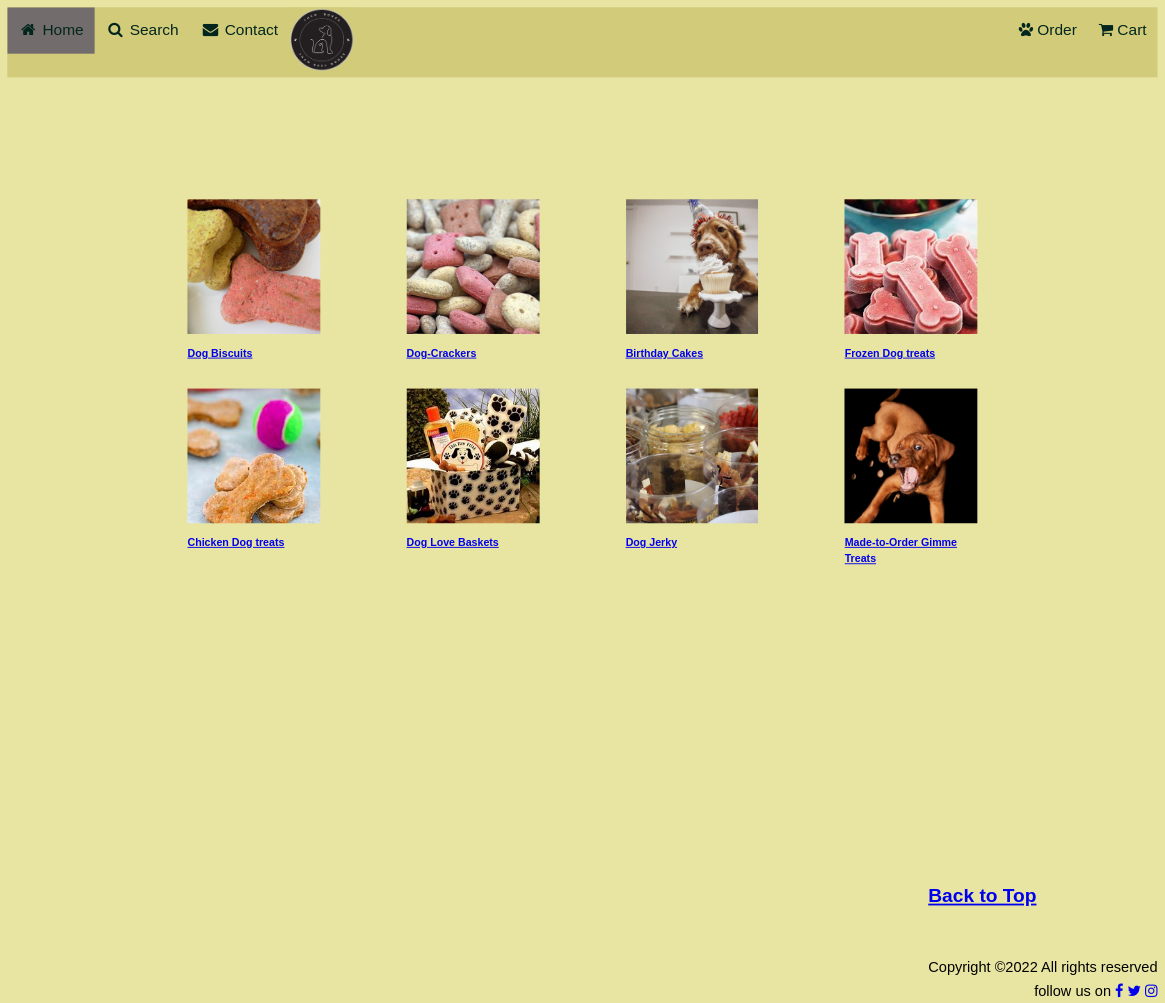
Repository: vgoins-RA2022/HTML-1
Page: index.html
These files come from the project's save history. The page is drawn as it stood at one moment and after a run of saves; the edit follows.
The browser window is 1280 px wide. The pictures show the whole page, at 91% of full size.

Above is the page before, as saved 2023-01-21 19:56:31.

After the next 6 saves:
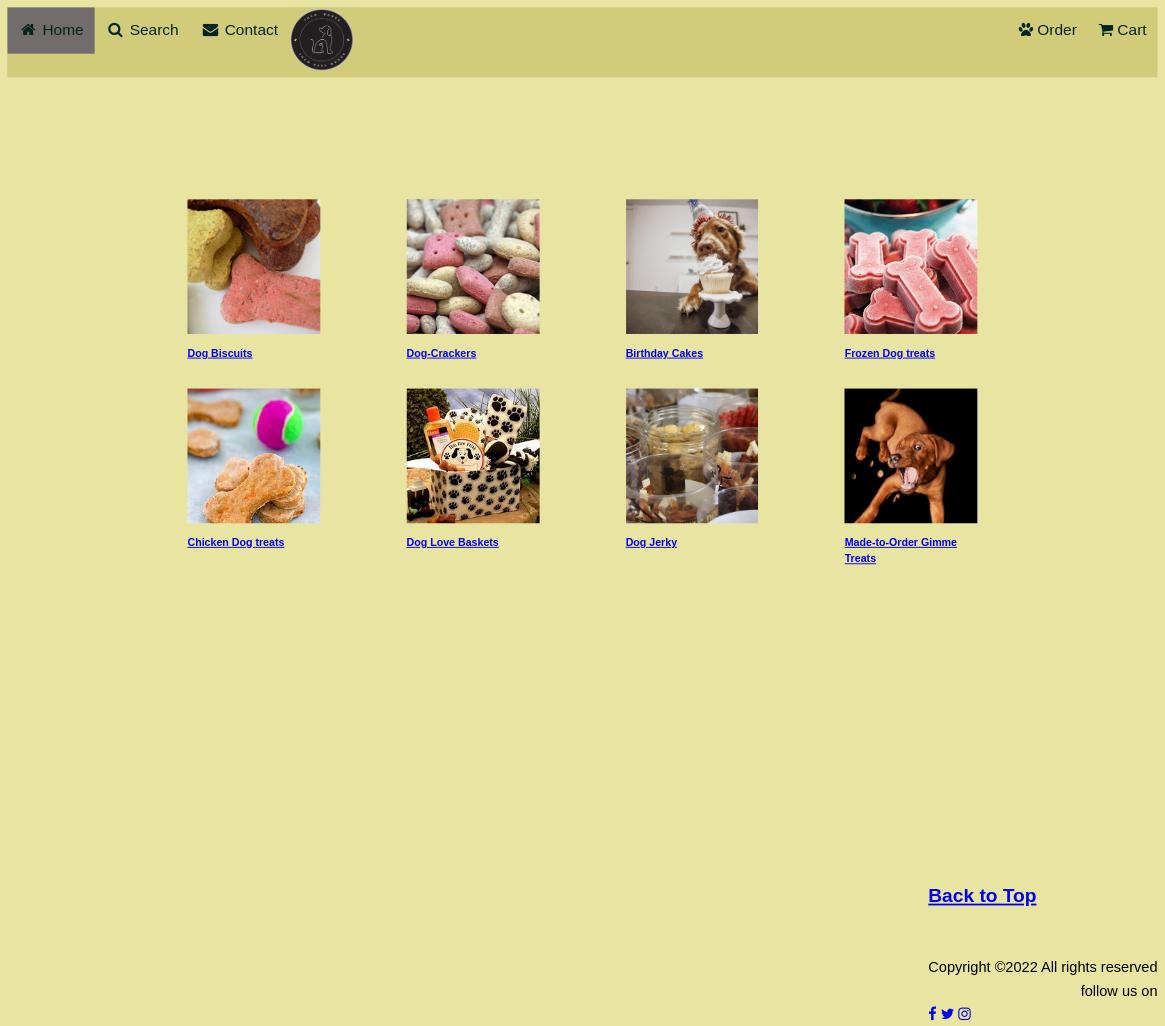
The 6 saves are shown as one change because they came seconds apart.
The last was saved 26 s later.
--- a/index.html
+++ b/index.html
@@ -93,7 +93,7 @@
   <div class="navbar-footer">
     <div class="row">
       <div class="col-left">Copyright ©2022 All rights reserved</div>
-      <div class="col-right">follow us on
+      <div class="col-right">follow us on</div>
 
         <a href="#"><i class="fa fa-facebook"></i></a>
         <a href="#"><i class="fa fa-twitter"></i></a>

After the save that followed:
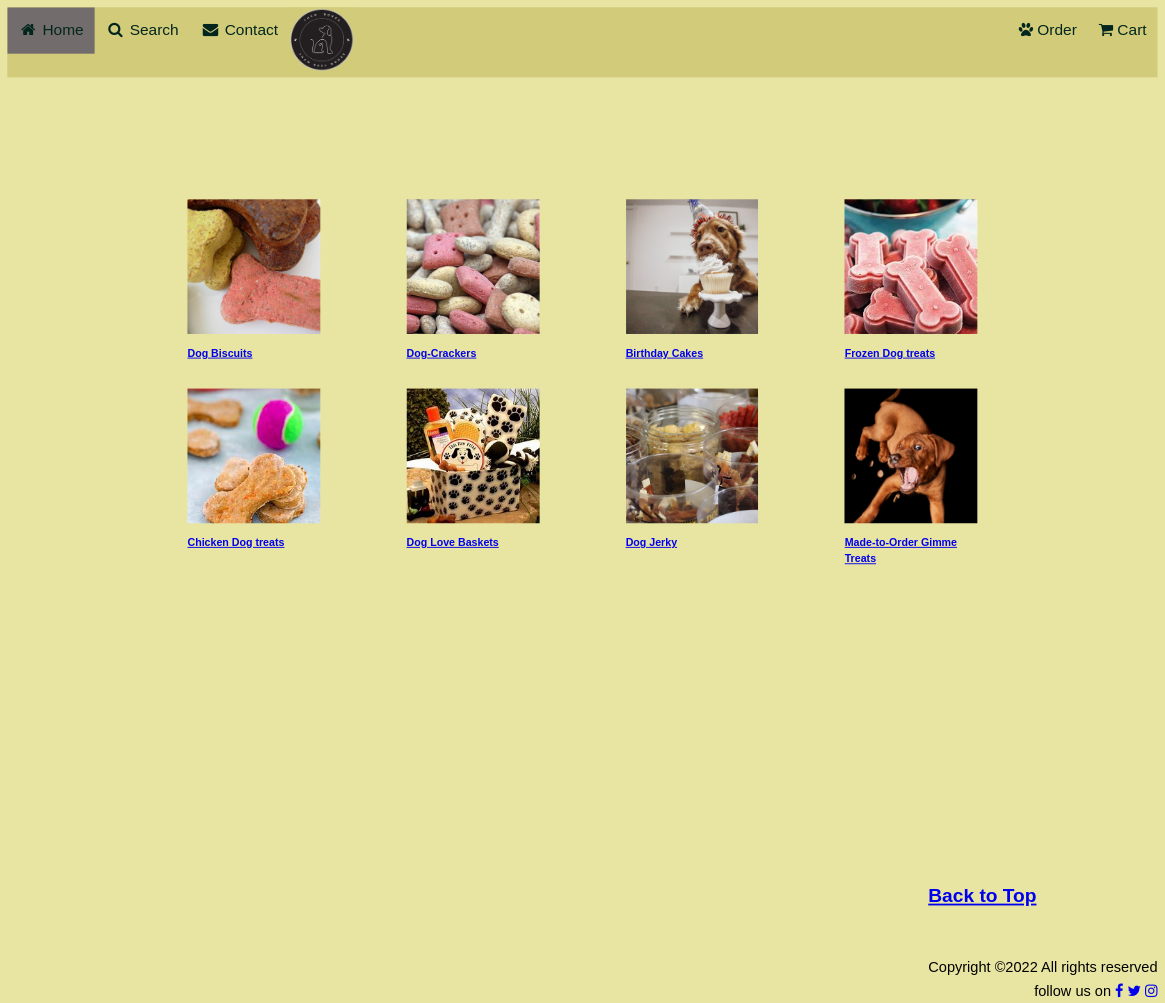
Saved 38 s later.
--- a/index.html
+++ b/index.html
@@ -93,7 +93,7 @@
   <div class="navbar-footer">
     <div class="row">
       <div class="col-left">Copyright ©2022 All rights reserved</div>
-      <div class="col-right">follow us on</div>
+      <div class="col-right">follow us on
 
         <a href="#"><i class="fa fa-facebook"></i></a>
         <a href="#"><i class="fa fa-twitter"></i></a>
